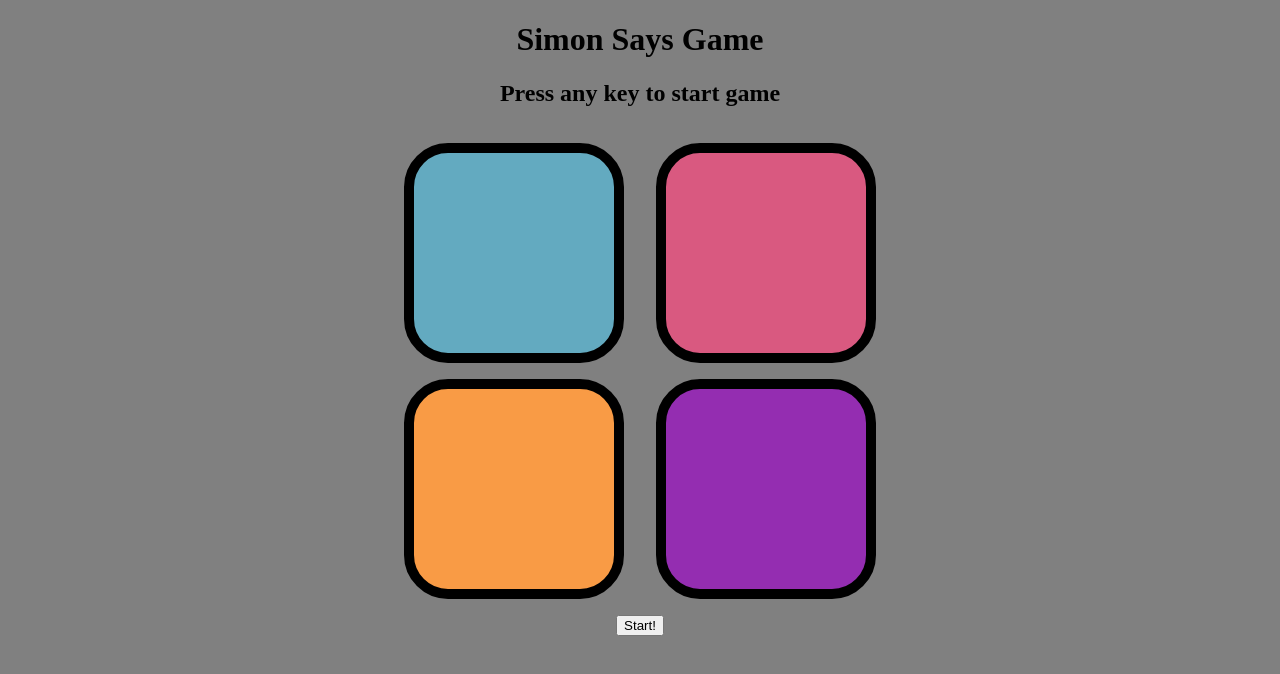
Repository: Ruchii02/javascript-mini-project
Page: index.html
An editor plug-in stored every save of this project. The page is shown before and after the next save, followed by the edit.
The browser window is 1280 px wide. The pictures show the whole page.

Above is the page before, as saved 2024-07-02 11:47:41.

### index.html
<!DOCTYPE html>
<html lang="en">
<head>
    <meta charset="UTF-8">
    <meta name="viewport" content="width=device-width, initial-scale=1.0">
    <title>Document</title>
    <link rel="stylesheet" href="style.css">
</head>
<body>
   <h1>Simon Says Game</h1>
   <h2>Press any key to start game</h2>
   <div class="btn-container">
    <div class="fline">
        <div class="btn green" type="button" id="green"></div>
        <div class="btn yellow" type="button" id="yellow"></div>
    </div>
    <div class="sline">
        <div class="btn red" type="button" id="red"></div>
        <div class="btn blue" type="button" id="blue"></div>
    </div>
   </div>
   <button class="sbtn">Start!</button>
   <script src="app.js"></script>
</body>
</html>

### style.css
body{
    text-align: center;
    background-color:gray;
}
.btn{
    height: 200px;
    width: 200px;
    border-radius: 20%;
    border: 10px solid black;
    margin: 1rem;

}
.btn-container{
    display: flex;
    justify-content: center;

}
.yellow{
    background-color:#f99b45;
}
.red{
    background-color:#d95980;
}
.green{
    background-color:#63aac0;
}
.blue{
    background-color:#942db1;
}
.flash{
    background-color: white;
}
.userFlash{
    background-color: rgb(107, 209, 107);
}

### app.js
let gameSeq=[];
let userSeq=[];
 let start = false;
 let level=0;
let btns =["yellow","green","red" , "blue"];
let h2= document.querySelector("h2");

 document.addEventListener("keypress" , function(){
   if(start==false){
    console.log("game started");
    start = true;

     levelup();
   }
 });

 function btnFlash(btn){
    btn.classList.add("flash");
    //let f = document.querySelector(".flash");
    //f.background-color(white);
    setTimeout(function() {
      btn.classList.remove("flash");

    } , 250);
 }
 function userFlash(btn){
  btn.classList.add("userFlash");
  setTimeout(function() {
    btn.classList.remove("userFlash");

  } , 250);
}

 function levelup(){
  userSeq = [];
    level++;
    h2.innerText=`Level ${level}`;
     let ranInd = Math.floor(Math.random()*3);
     let ranCol= btns[ranInd];
     let ranBtn = document.querySelector(`.${ranCol}`);
     gameSeq.push(ranCol);
     btnFlash(ranBtn);
    }

    function checkAns( idx ){
      if(userSeq[idx] === gameSeq[idx]){
       if(userSeq.length == gameSeq.length){
       setTimeout(levelup,1000);
       }
      }else{
        h2.innerText   = `Game Over!<br> Your score was :<b> ${level}</b> <br>Press any key to start`;
        document.querySelector("body").style.backgroundColor = "red";
        setTimeout(function(){
          document.querySelector("body").style.backgroundColor = "gray";
        } , 150)
        reset()
      }


    }

    function btnPress (){
      let btn = this;
      userFlash(btn);
      //console.log("btn was pressed");

      userColor = btn.getAttribute("id");
      userSeq.push(userColor);

      checkAns(userSeq.length-1);

    }

    let allBtns = document.querySelectorAll(".btn");
    for(btn of allBtns){
      btn.addEventListener("click" , btnPress);
    }

    function reset(){
      start = false ;
      gameSeq = [];
      userSeq = [];
      level = 0;
    }

After the next save:
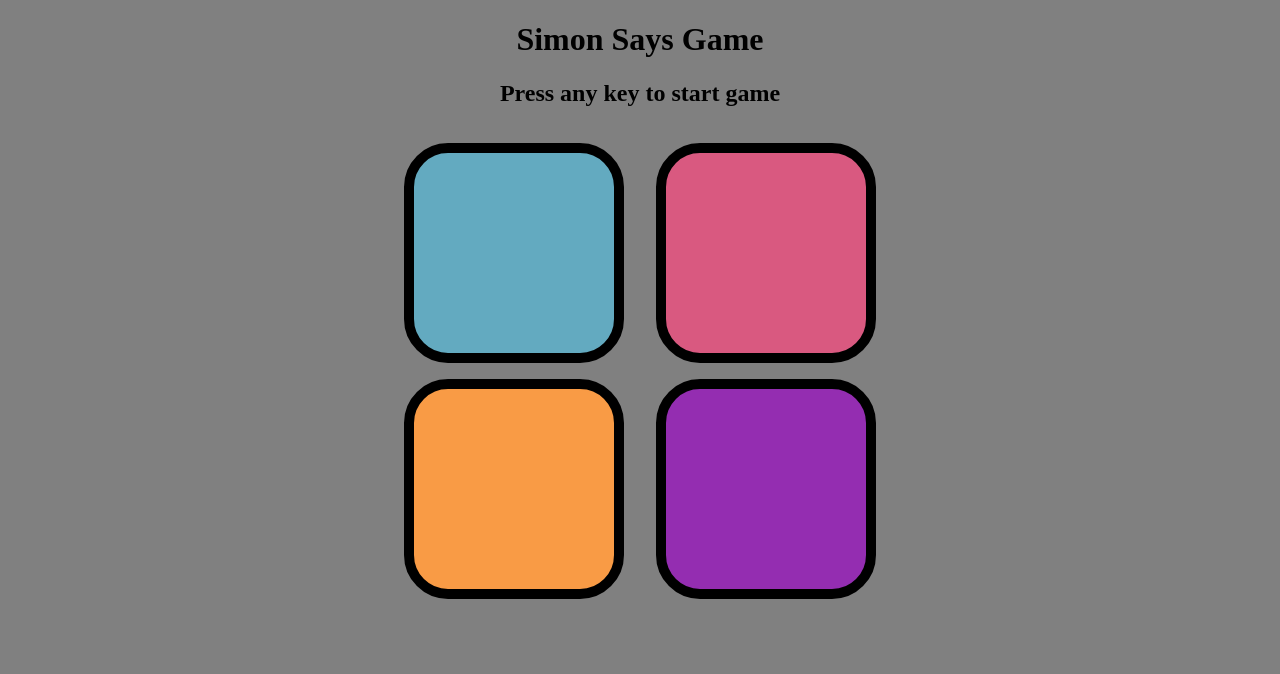
Saved 14 s later.
--- a/index.html
+++ b/index.html
@@ -19,7 +19,6 @@
         <div class="btn blue" type="button" id="blue"></div>
     </div>
    </div>
-   <button class="sbtn">Start!</button>
    <script src="app.js"></script>
 </body>
 </html>
